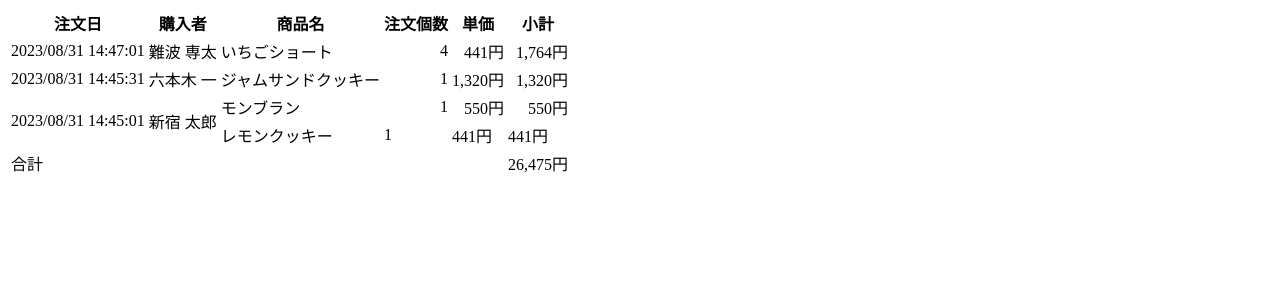
Repository: HayatoTakaha/bookers2-debug
Page: table/index.html
The author's editor kept a record of every edit. The page is drawn from the files as they stood at one moment, then again after the next edit.
The browser window is 1280 px wide. The pictures show the whole page.

Above is the page before.

After the next edit:
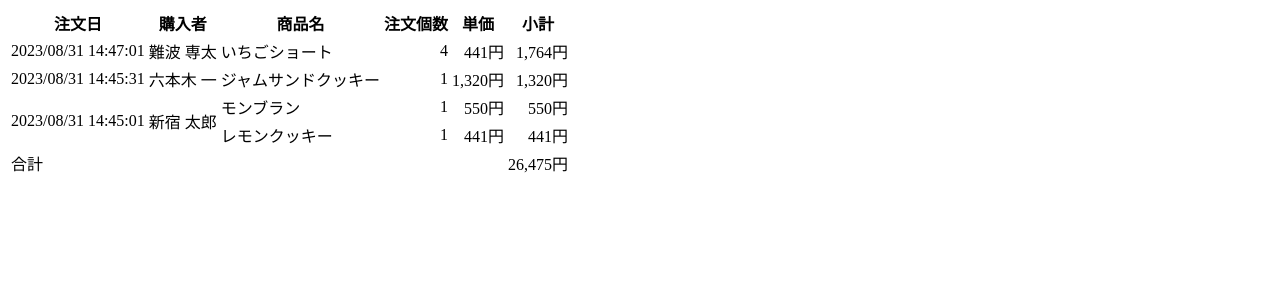
The edit:
--- a/table/index.html
+++ b/table/index.html
@@ -82,9 +82,9 @@
   <td class="is_num">550円</td>
   </tr>
 <tr><td>レモンクッキー</td>
-<td>1</td>
-<td>441円</td>
-<td>441円</td>
+<td class="is_num">1</td>
+<td class="is_num">441円</td>
+<td class="is_num">441円</td>
 </tr>
 </tbody>
 <tfoot>
